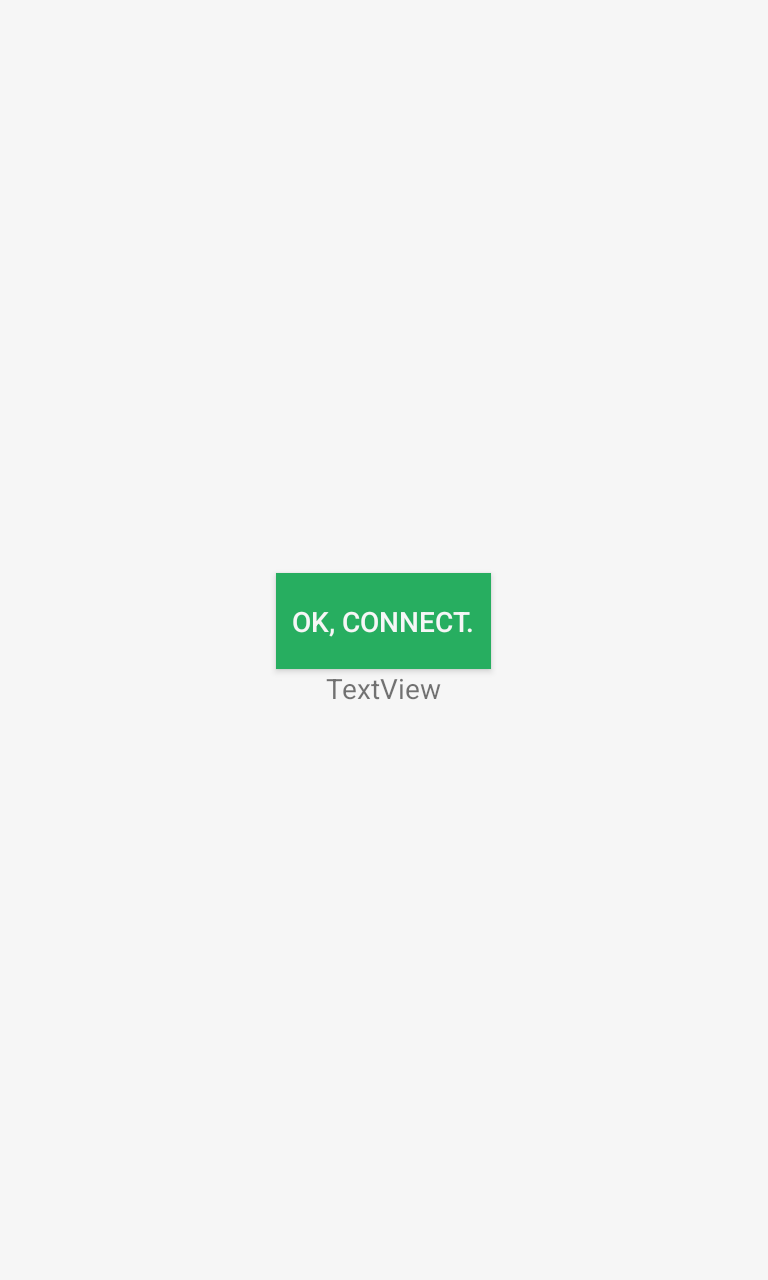
Repository: Vierco/Get_elements_from_web_and_caching
Layout: Guidelines_template/template/res/layout/hello.xml
The author's editor kept a copy of each file at every save. The layout is drawn from the files as they stood at one save, then again after the next save.
It is drawn on a 768 x 1280 px phone screen (xhdpi) without system bars, with theme AppTheme; the app's code is not run.

Above is the layout before, as saved 2014-05-01 20:15:45.

After the next save:
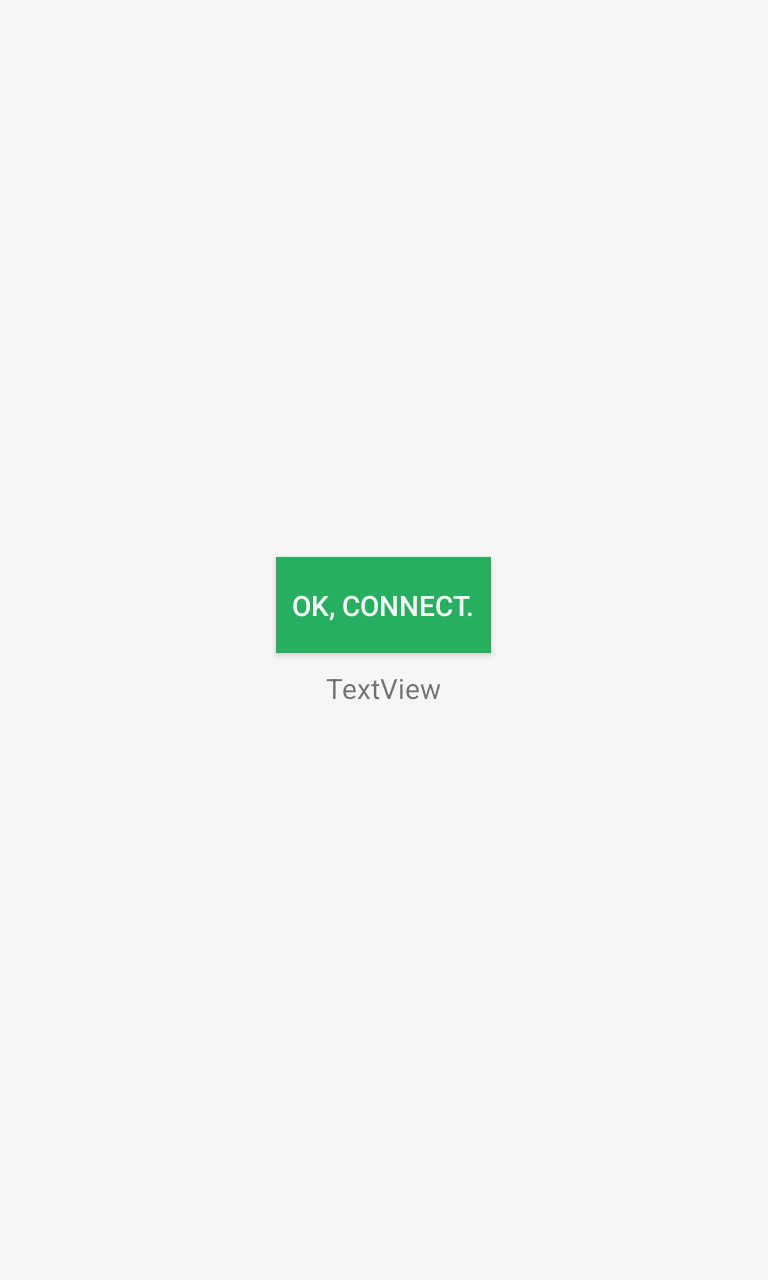
Saved 8 s later.
--- a/Guidelines_template/template/res/layout/hello.xml
+++ b/Guidelines_template/template/res/layout/hello.xml
@@ -25,6 +25,7 @@
     <TextView
         android:id="@+id/textView1"
         android:layout_width="wrap_content"
+         android:padding="@dimen/views_padding"
         android:layout_height="wrap_content"
         android:text="TextView" />
 
